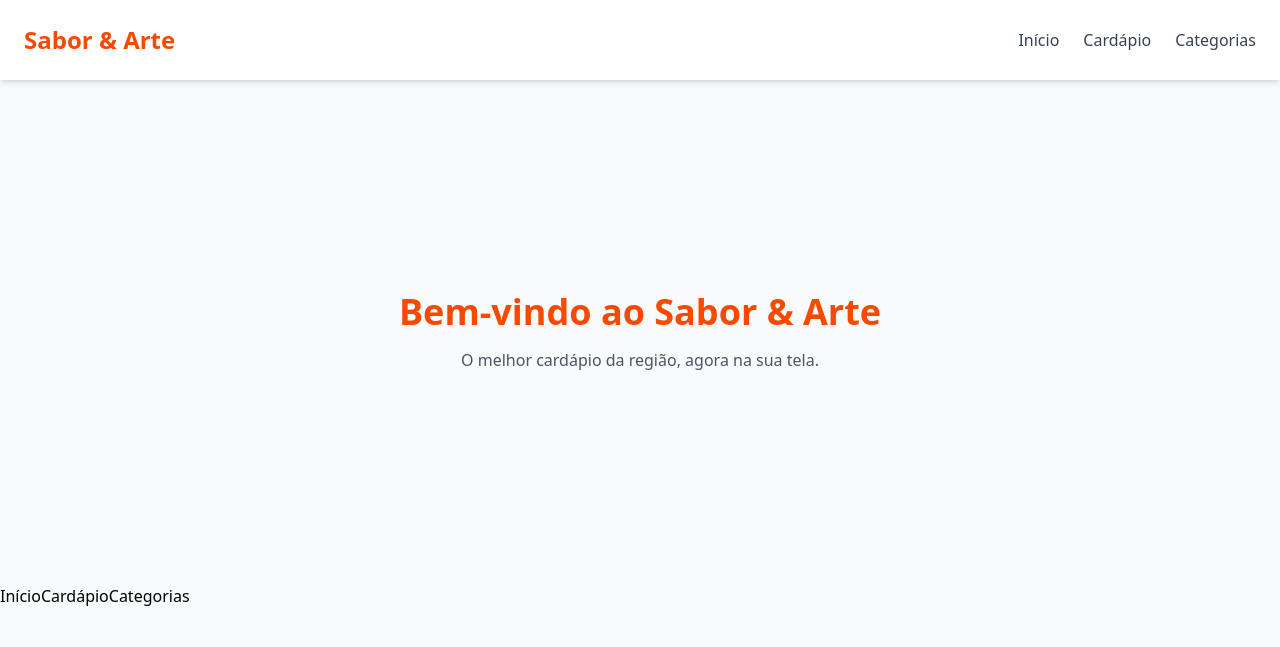
Repository: LuigiBLombardo/Next---Atividade
Page: / (app in sistema-cardapio/)
These files come from the project's save history. The page is drawn as it stood at one moment and after a run of saves; the edit follows.
The browser window is 1280 px wide. The pictures show the whole page.
The project was rebuilt for these pictures with package versions that can differ from the ones it lists, and the page was loaded fresh each time. The framework's server and built-in components were replaced by stand-ins that run in the browser. Also part of the build but not shown: sistema-cardapio/next.config.mjs.

Above is the page before, as saved 2026-09-04 19:19:54.

After the next 3 saves:
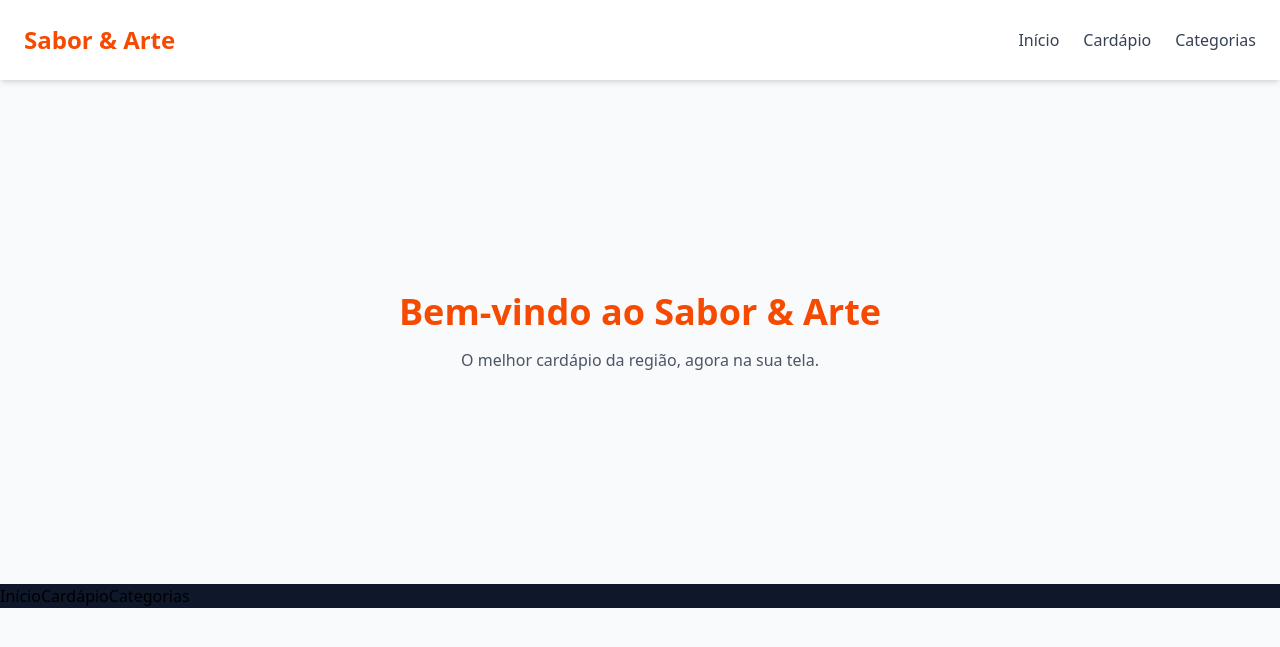
The 3 saves are shown as one change because they came seconds apart.
The last was saved 8 s later.
--- a/sistema-cardapio/src/components/Footer.js
+++ b/sistema-cardapio/src/components/Footer.js
@@ -2,7 +2,7 @@ import Link from "next/link";
 
 export default function Footer(){
     return (
-        <footer className="w-full bg-slate">
+        <footer className="w-full bg-slate-900 text">
 
             <div className="">
 
